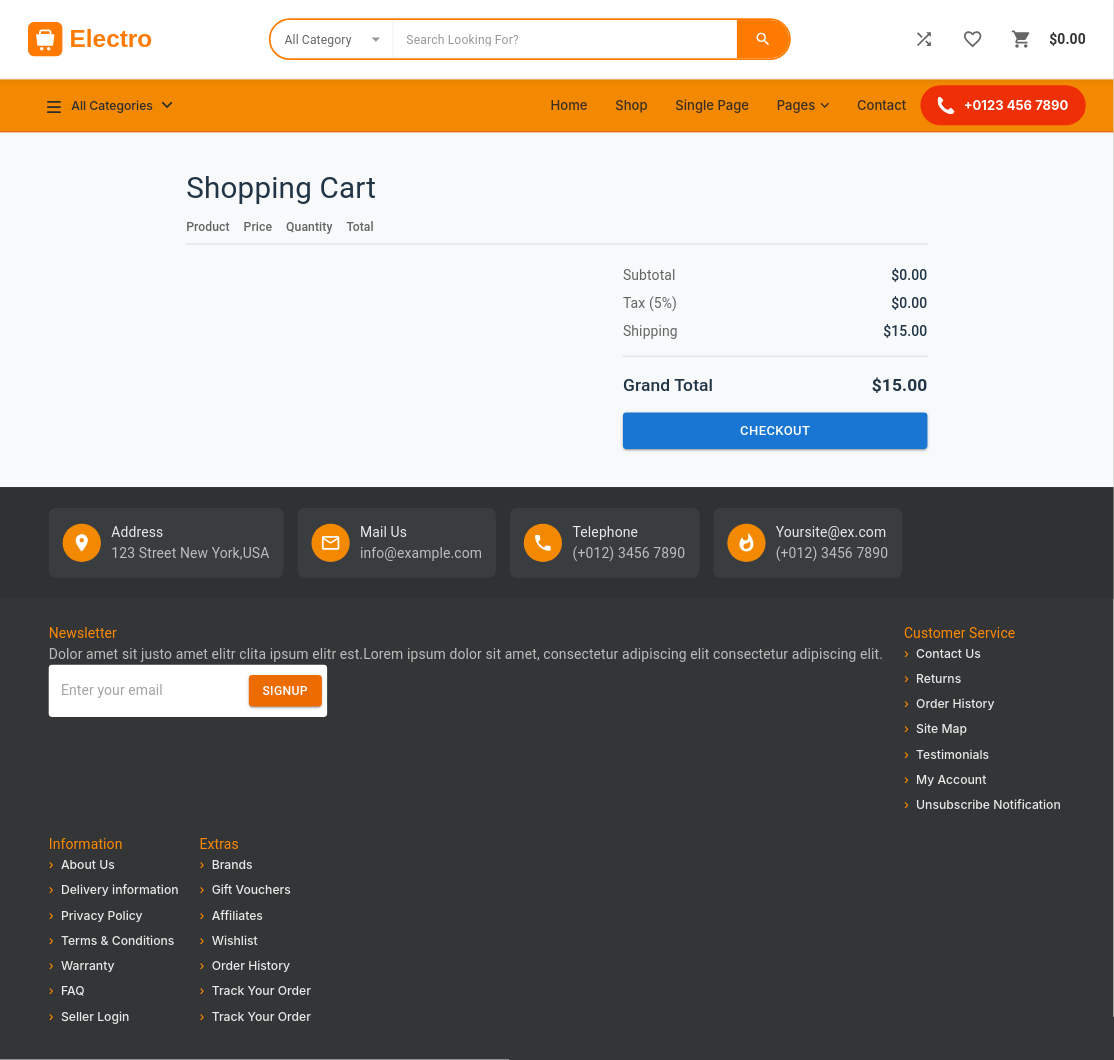
Repository: HoangKhangKhuPho4/react-electro-store
Page: /cart (app in my-react-app/)
The author's editor kept a copy of each file at every save. The page is drawn from the files as they stood at one save, then again after the next save.
The browser window is 1280 px wide. The pictures show the whole page, at 87% of full size.
The project was rebuilt for these pictures with package versions that can differ from the ones it lists, and the page was loaded fresh each time. Also part of the build but not shown: my-react-app/vite.config.js, my-react-app/src/components/Product-Details/ProductDetail.jsx, my-react-app/src/pages/About.jsx, my-react-app/src/pages/Contact.jsx, my-react-app/src/components/Banner/Banner.css, my-react-app/src/components/Banner/Banner.jsx, my-react-app/src/components/Banner/index.js, my-react-app/src/components/OurProducts/OurProducts.jsx and 8 more.

Above is the page before, as saved 2025-09-26 14:51:05.

After the next save:
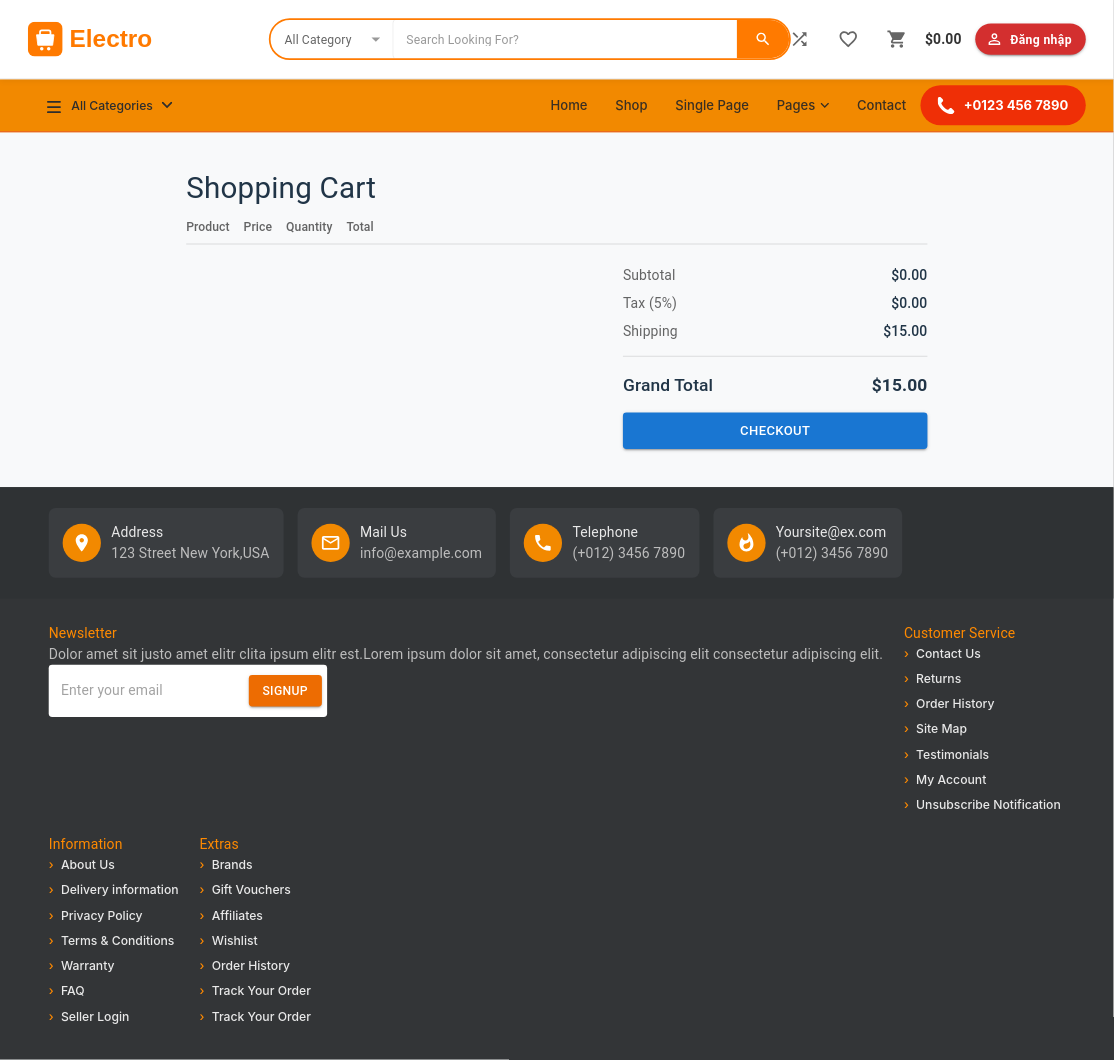
Saved 43 min 49 s later.
--- a/my-react-app/src/components/Header/Header.jsx
+++ b/my-react-app/src/components/Header/Header.jsx
@@ -4,10 +4,12 @@ import {
   Search as SearchIcon,
   Shuffle as ShuffleIcon,
 } from "@mui/icons-material";
+import PersonOutlineIcon from "@mui/icons-material/PersonOutline";
 import {
   AppBar,
   Badge,
-  Box,
+  Box /*...,*/,
+  Button,
   FormControl,
   IconButton,
   MenuItem,
@@ -17,13 +19,21 @@ import {
   Typography,
 } from "@mui/material";
 import { useState } from "react";
+import { useSelector } from "react-redux";
+import { Link } from "react-router-dom";
+import { selectCartItemCount, selectCartTotal } from "../../redux/appSlice";
 import Logo from "../UI/Logo";
 import "./Header.css";
 
 const Header = () => {
   const [searchTerm, setSearchTerm] = useState("");
   const [selectedCategory, setSelectedCategory] = useState("All Category");
-  const cartItemCount = 0;
+  // const cartItemCount =     0;
+
+  //dùng useSelector() để lấy dữ liệu từ store
+  const cartItemCount = useSelector(selectCartItemCount);
+  //lấy luôn tổng tiền
+  const cartTotal = useSelector(selectCartTotal);
 
   const categories = [
     "All Category",
@@ -215,11 +225,17 @@ const Header = () => {
 
           {/* Cart Icon with Price */}
           <Box sx={{ display: "flex", alignItems: "center", gap: "8px" }}>
-            <IconButton sx={{ color: "#666" }} title="Shopping Cart">
-              <Badge badgeContent={cartItemCount} color="error">
-                <CartIcon />
-              </Badge>
-            </IconButton>
+            <Link
+              to="/cart"
+              style={{ textDecoration: "none", color: "inherit" }}
+            >
+              <IconButton sx={{ color: "#666" }} title="Shopping Cart">
+                <Badge badgeContent={cartItemCount} color="error">
+                  <CartIcon />
+                </Badge>
+              </IconButton>
+            </Link>
+
             <Typography
               variant="h6"
               sx={{
@@ -228,9 +244,27 @@ const Header = () => {
                 fontSize: "16px",
               }}
             >
-              $0.00
+              ${cartTotal.toFixed(2)}
             </Typography>
           </Box>
+
+          <Link to="/login" style={{ textDecoration: "none" }}>
+            <Button
+              variant="contained"
+              startIcon={<PersonOutlineIcon />}
+              sx={{
+                backgroundColor: "#D32F2F", // Màu đỏ
+                borderRadius: "20px",
+                textTransform: "none",
+                fontWeight: "bold",
+                "&:hover": {
+                  backgroundColor: "#B71C1C",
+                },
+              }}
+            >
+              Đăng nhập
+            </Button>
+          </Link>
         </Box>
       </Toolbar>
     </AppBar>
